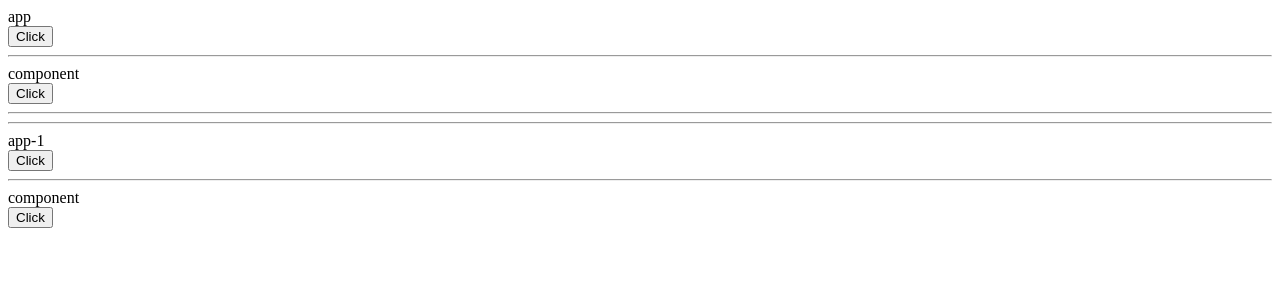
Repository: RyuGeunHwan/code_J
Page: Vuejs/22-08-10 vuejs Vue컴포넌트.html
An editor plug-in stored every save of this project. The page is shown before and after the next save, followed by the edit.
The browser window is 1280 px wide. The pictures show the whole page.

Above is the page before, as saved 2022-08-10 13:37:39.

### Vuejs/22-08-10 vuejs Vue컴포넌트.html
<!DOCTYPE html>
<html lang="en">
<head>
    <meta charset="UTF-8">
    <meta http-equiv="X-UA-Compatible" content="IE=edge">
    <meta name="viewport" content="width=device-width, initial-scale=1.0">
    <title>Vue 컴포넌트(중복제거)</title>
    <script src="https://cdn.jsdelivr.net/npm/vue/dist/vue.js"></script>
</head>
<body>
    <div id="app">
        {{name}} <br>
        <!-- button을 누르게 되면 #app-1의 name인 app-1이 app updated로 바뀌게된다. Vue인스턴스를 변수에 넣어서 사용하였기 때문에. -->
        <button @click="changeText">Click</button>

        <hr>

        <kossie-button></kossie-button>
    </div>
    <hr><hr>
    <div id="app-1">
        {{name}} <br>
        <button @click="changeText">Click</button>

        <hr>

        <kossie-button></kossie-button>
    </div>
    </div>
    <script>
        //vue인스턴스가 생성되기전에 Vue.component생성
        // 완성된 component는 전역으로 등록이 된것이다.
        Vue.component('kossie-button',{
            //template안에는 html태그가 들어가게된다.
            template:
            //template는 하나의 태그안에 모든 콘텐츠들이 있어야한다는 vue의 규칙이 있다.
            `
            <div>
                {{name}} <br>
                <button @click="changeText">Click</button>
            </div>
            `,

            //컴포넌트 만들때 함수를 만들어서 Object를 return 해주면 된다.
            data(){
                return{
                    name: 'component'
                }
            },
            methods:{
                changeText(){
                    this.name = 'app updated'
               }
            }
        });
        const app = new Vue({
            el: '#app',
            data:{
              name: 'app'
            },
            methods:{
                changeText(){
                    this.name = 'app updated'
               }
            }
        })

       const app1 = new Vue({
            el: '#app-1',
            data:{
              name: 'app-1'
            },
            methods:{
               changeText(){
                    this.name = 'app-1 updated'
               }
            }
        })
    </script>
</body>
</html>

After the next save:
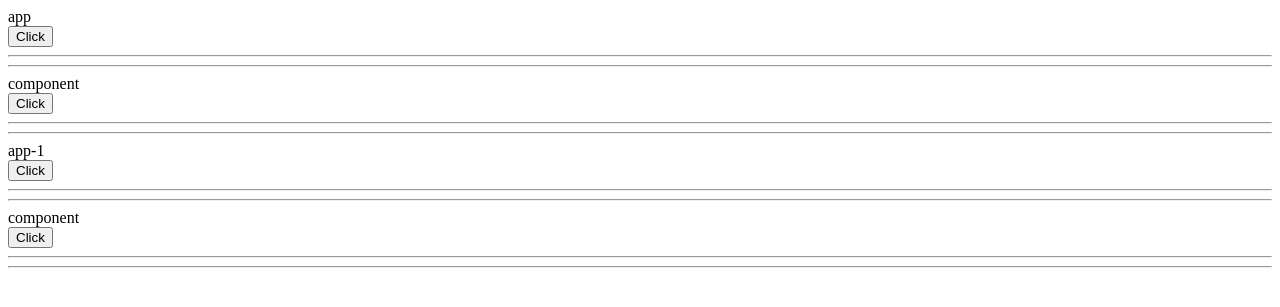
Saved 65 s later.
--- a/Vuejs/22-08-10 vuejs Vue컴포넌트.html
+++ b/Vuejs/22-08-10 vuejs Vue컴포넌트.html
@@ -13,8 +13,8 @@
         <!-- button을 누르게 되면 #app-1의 name인 app-1이 app updated로 바뀌게된다. Vue인스턴스를 변수에 넣어서 사용하였기 때문에. -->
         <button @click="changeText">Click</button>
 
-        <hr>
-
+        <hr><hr>
+        <!-- component의 사용은 설정해주었던 이름을 태그로 사용해주면 된다. -->
         <kossie-button></kossie-button>
     </div>
     <hr><hr>
@@ -22,9 +22,10 @@
         {{name}} <br>
         <button @click="changeText">Click</button>
 
-        <hr>
+        <hr><hr>
 
         <kossie-button></kossie-button>
+        <hr><hr>
     </div>
     </div>
     <script>
